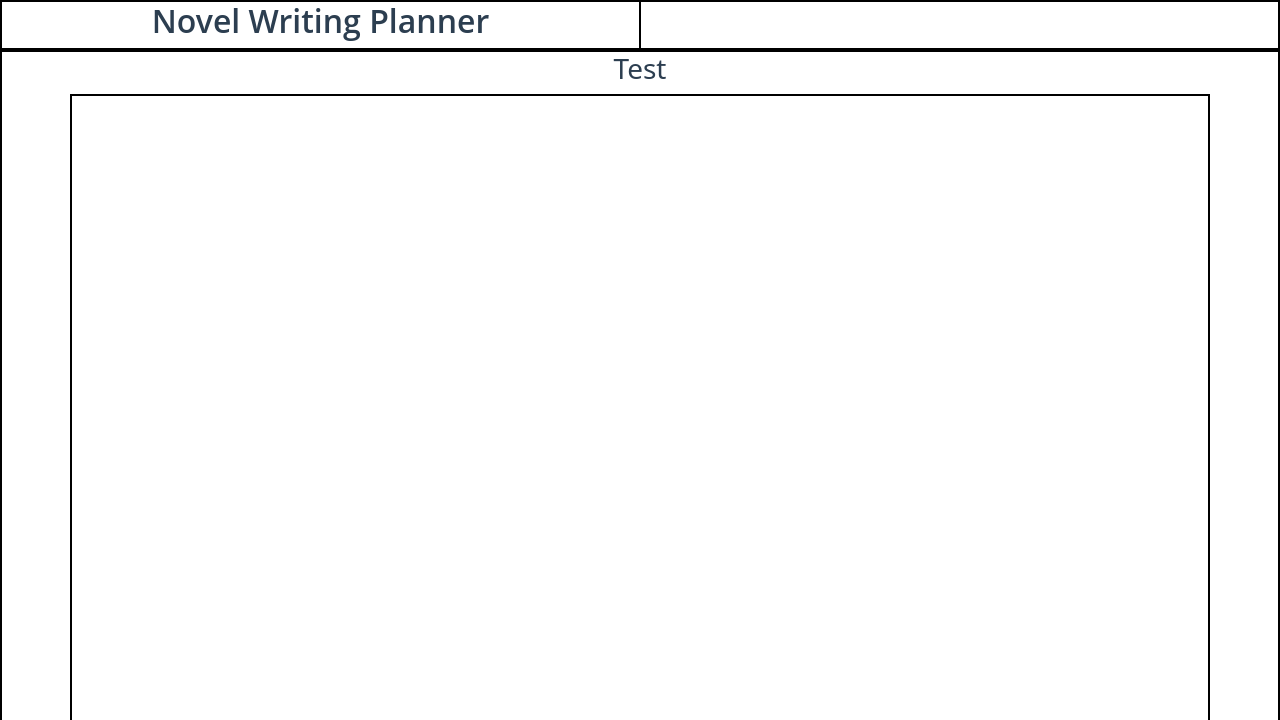
Repository: GossipCoco/RallyeBookV2
Page: /
The author's editor kept a copy of each file at every save. The page is drawn from the files as they stood at one save, then again after the next save.
The browser window is 1280 px wide. The pictures show the whole page.
The page's requests for data from a server got no answer. The project was rebuilt for these pictures with package versions that can differ from the ones it lists, and the page was loaded fresh each time. No one was signed in, and anything a server would have sent is missing. Also part of the build but not shown: vue.config.js, src/api/JwTApi.js, server.js, src/components/PageComponent/Login.vue.

Above is the page before, as saved 2023-12-11 15:37:30.

After the next save:
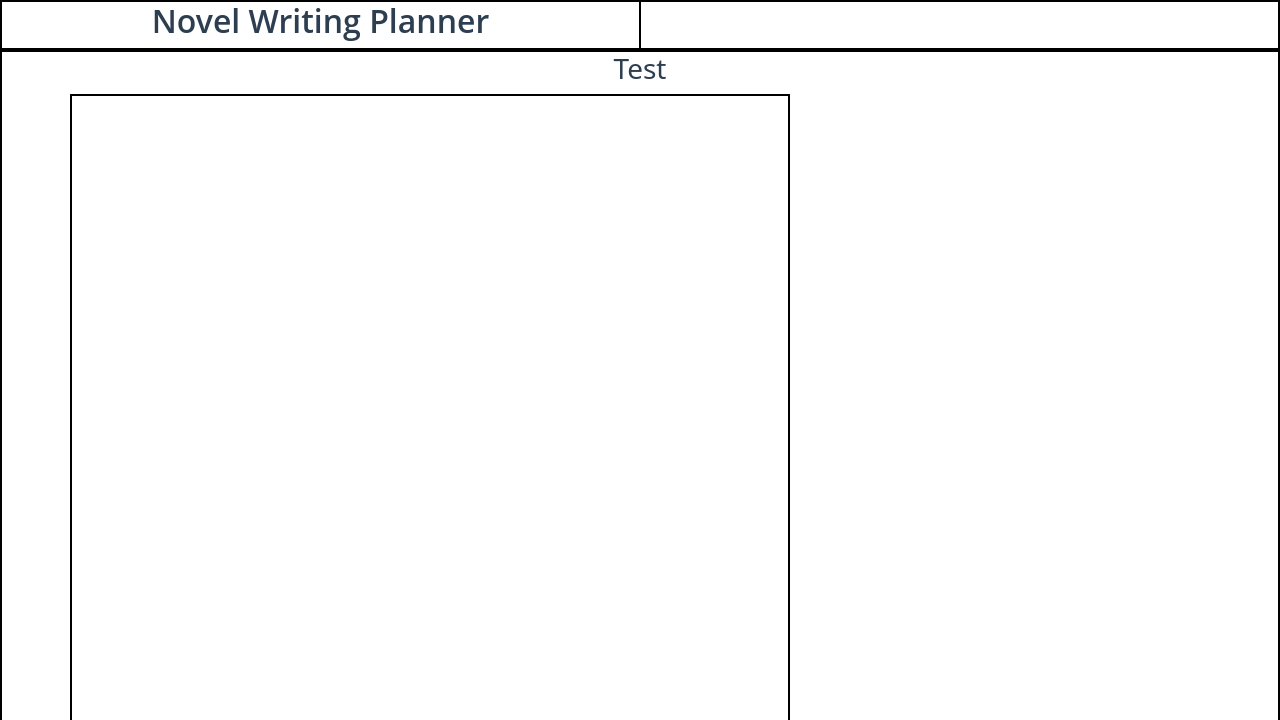
Saved 10 s later.
--- a/src/assets/css/Layout.css
+++ b/src/assets/css/Layout.css
@@ -30,4 +30,5 @@ h1{
 }
 main{
     height: 100vh;
+    width: 100vh;
 }
